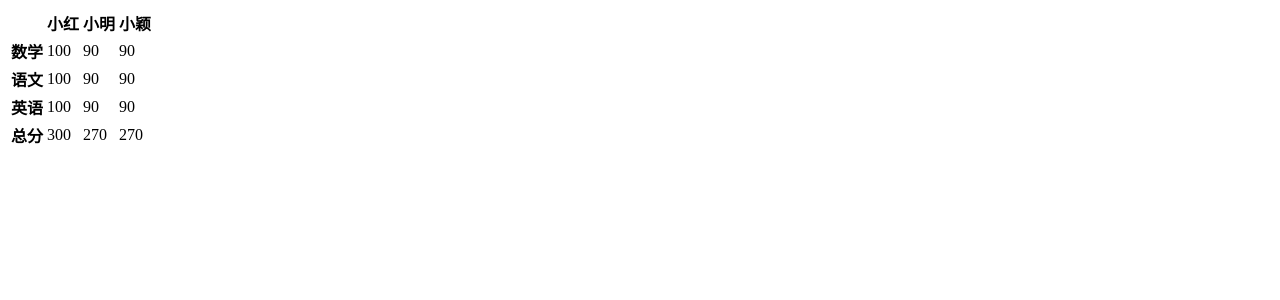
Repository: Lixianlai-2/html-demo-1
Page: table.html
The author's editor kept a copy of each file at every save. The page is drawn from the files as they stood at one save, then again after the next save.
The browser window is 1280 px wide. The pictures show the whole page.

Above is the page before, as saved 2021-11-27 14:24:48.

After the next save:
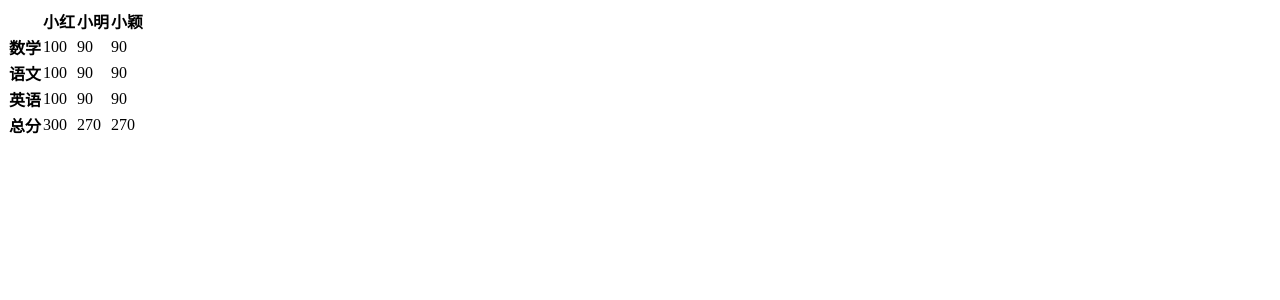
Saved 36 s later.
--- a/table.html
+++ b/table.html
@@ -7,6 +7,9 @@
     <title>Document</title>
     <style>
       table {
+        table-layout: auto;
+        border-collapse: collapse;
+        border-spacing: 0;
       }
     </style>
   </head>
